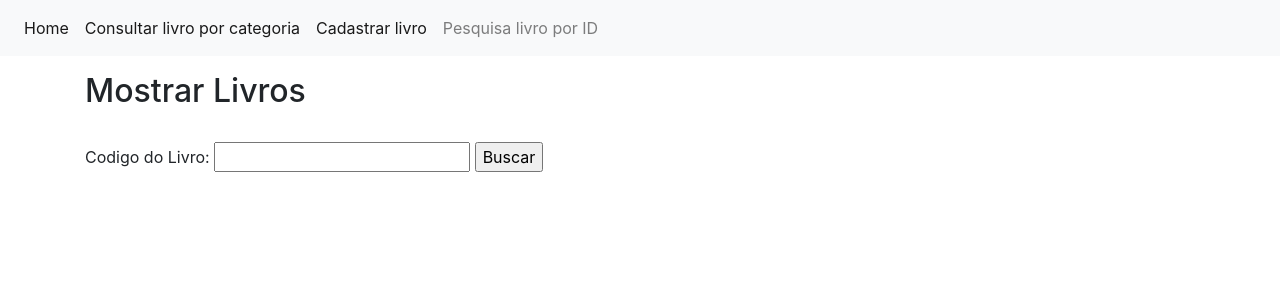
Repository: SrtaVerdant/projeto-livraria
Page: http://localhost/ProjetoLivraria/pesquisaLivroPorId.jsp
The author's editor kept a copy of each file at every save. The page is drawn from the files as they stood at one save, then again after the next save.
The browser window is 1280 px wide. The pictures show the whole page.
Some web libraries are served in a nearby version. The page is served by Tomcat 9. Other server files are loaded and not shown.

Above is the page before, as saved 2022-10-30 15:19:40.

### ProjetoLivraria/src/main/webapp/pesquisaLivroPorId.jsp
<%@ page language="java" contentType="text/html; charset=UTF-8"
    pageEncoding="UTF-8"%>
<!DOCTYPE html>
<html>
	<head>
		<meta charset="UTF-8">
		<title>Pesquisar por ID</title>
		<link rel="stylesheet" href="https://cdn.jsdelivr.net/npm/bootstrap@4.0.0/dist/css/bootstrap.min.css" integrity="sha384-Gn5384xqQ1aoWXA+058RXPxPg6fy4IWvTNh0E263XmFcJlSAwiGgFAW/dAiS6JXm" crossorigin="anonymous">
		<script src="https://code.jquery.com/jquery-3.2.1.slim.min.js" integrity="sha384-KJ3o2DKtIkvYIK3UENzmM7KCkRr/rE9/Qpg6aAZGJwFDMVNA/GpGFF93hXpG5KkN" crossorigin="anonymous"></script>
		<script src="https://cdn.jsdelivr.net/npm/popper.js@1.12.9/dist/umd/popper.min.js" integrity="sha384-ApNbgh9B+Y1QKtv3Rn7W3mgPxhU9K/ScQsAP7hUibX39j7fakFPskvXusvfa0b4Q" crossorigin="anonymous"></script>
		<script src="https://cdn.jsdelivr.net/npm/bootstrap@4.0.0/dist/js/bootstrap.min.js" integrity="sha384-JZR6Spejh4U02d8jOt6vLEHfe/JQGiRRSQQxSfFWpi1MquVdAyjUar5+76PVCmYl" crossorigin="anonymous"></script>
	</head>

	<body>

	<nav class="navbar navbar-expand-lg navbar-light bg-light">
	  <div class="collapse navbar-collapse" id="navbarNav">
	    <ul class="navbar-nav">
	     <li class="nav-item active">
	        <a class="nav-link" href="index.jsp">Home</a>
	      </li>
	   		<li class="nav-item active">
	        <a class="nav-link" href="consultar.jsp">Consultar livro por categoria</a>
	      </li>
	      <li class="nav-item active">
	        <a class="nav-link" href="adicionar.jsp">Cadastrar livro</a>
	      </li>
	      <li class="nav-item">
	        <a class="nav-link" href="#">Pesquisa livro por ID</a>
	      </li>
	    </ul>
	  </div>
	</nav>

	<div class="container mt-3">
		<h2> Mostrar Livros</h2><br>

		<label> Codigo do Livro:</label>
		<input type="number" name="codlivro" onkeypress="return somenteNumeros(event)">
		<input type="submit" value="Buscar">
	</div>

	</body>

	<script type="text/javascript">
		function somenteNumeros(e) {
		    var charCode = e.charCode ? e.charCode : e.keyCode;
		    if (charCode != 8 && charCode != 9) {
		        if (charCode < 48 || charCode > 57) {
		            return false;
		        }
		    }
		}
	</script>
</html>

After the next save:
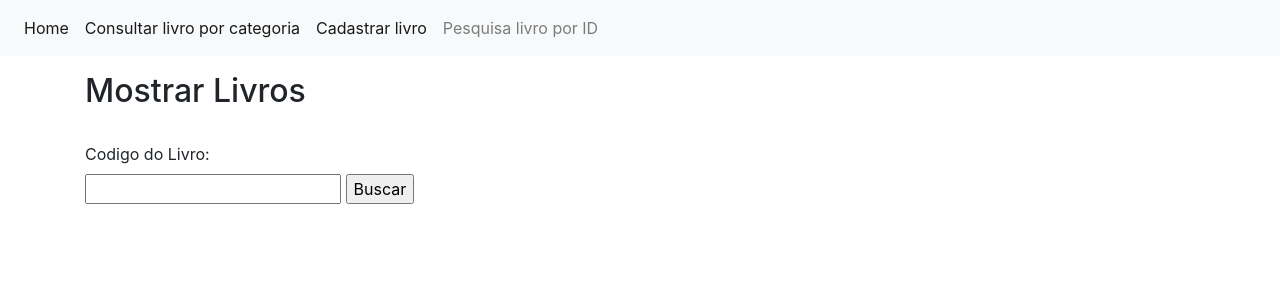
Saved 21 s later.
--- a/ProjetoLivraria/src/main/webapp/pesquisaLivroPorId.jsp
+++ b/ProjetoLivraria/src/main/webapp/pesquisaLivroPorId.jsp
@@ -36,6 +36,7 @@
 		<h2> Mostrar Livros</h2><br>
 
 		<label> Codigo do Livro:</label>
+		<form action="livroPorId.jsp" method="POST">
 		<input type="number" name="codlivro" onkeypress="return somenteNumeros(event)">
 		<input type="submit" value="Buscar">
 	</div>
